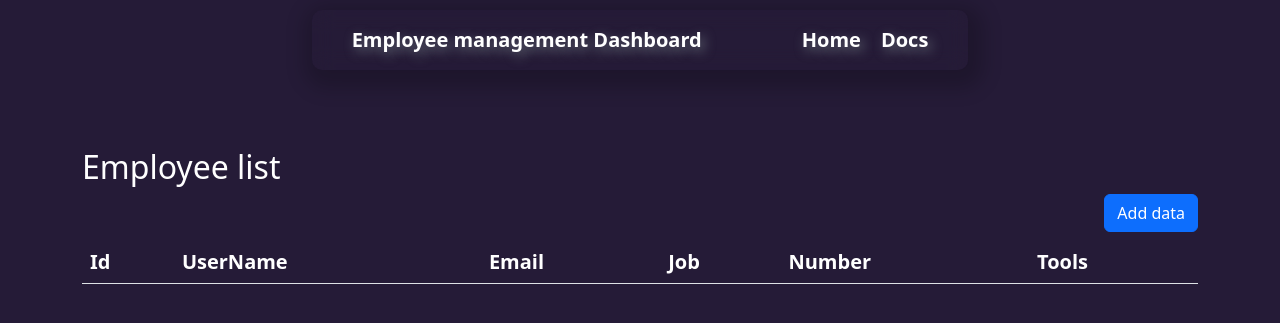
Repository: iamevs/Employee-Management-System
Page: /home (app in client/)
The author's editor kept a copy of each file at every save. The page is drawn from the files as they stood at one save, then again after the next save.
The browser window is 1280 px wide. The pictures show the whole page.
The page's requests for data from a server got no answer. The project was rebuilt for these pictures with package versions that can differ from the ones it lists, and the page was loaded fresh each time. No one was signed in, and anything a server would have sent is missing. Also part of the build but not shown: client/vite.config.js, client/src/components/Register.jsx, client/src/components/Edit.jsx, client/src/components/Hero.jsx. Imported but missing from the stored project, and not drawn on this page: client/src/components/Details.

Above is the page before, as saved 2022-11-29 00:09:10.

After the next save:
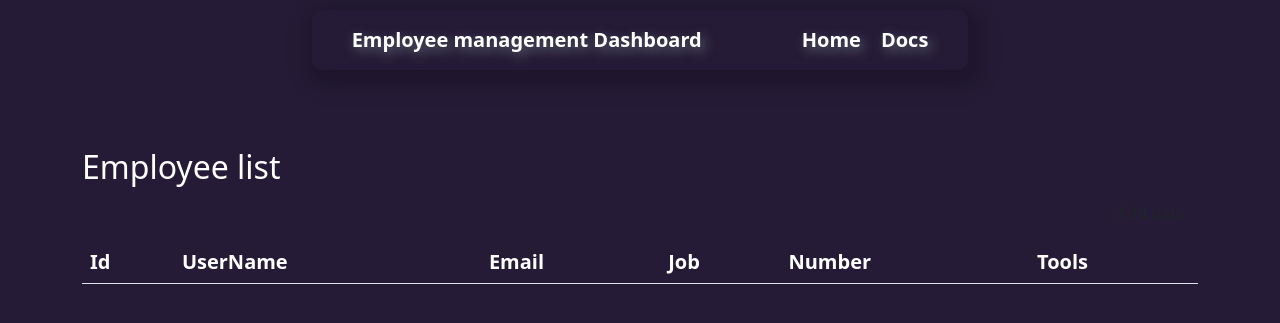
Saved 18 s later.
--- a/client/src/components/Home.jsx
+++ b/client/src/components/Home.jsx
@@ -109,7 +109,7 @@ const Home = () => {
 
                     <h2 style={{ marginTop: "30px" }}>Employee list </h2>
                     <div className="add_btn mt-2 mb-2">
-                        <NavLink to="/register" className="btn btn-primary">Add data</NavLink>
+                        <NavLink to="/register" className="btn">Add data</NavLink>
                     </div>
 
                     <div className='table-responsive'>
